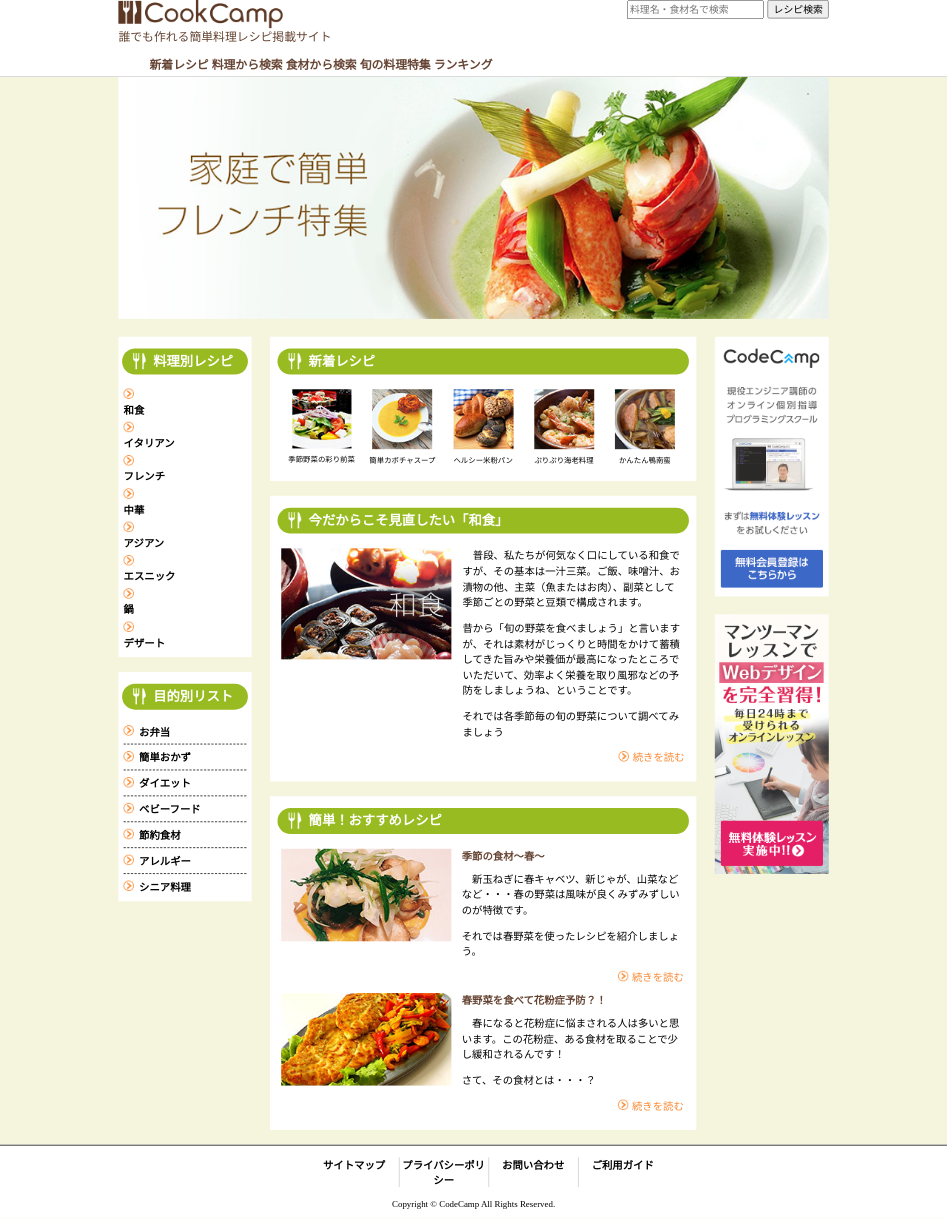
Repository: tomimaler/dc_work_tamachi_inagaki_html
Page: cookcamp/cookcamp.html
The author's editor kept a record of every edit. The page is drawn from the files as they stood at one moment, then again after the next edit.
The browser window is 1280 px wide. The pictures show the whole page, at 74% of full size.

Above is the page before.

### cookcamp/cookcamp.html
<!DOCTYPE html>
<html lang="ja">
 <head>
  <meta charset="UTF-8">
  <title>CookCamp</title>
  <link rel="stylesheet" href="cookcamp.css">
</head>
 <body>
  <header>
    <div class="container">
        <img class="logo" src="images/structure/logo.png">
        <input type="submit" value="レシピ検索">
        <input id="search" type="text" name="search" placeholder="料理名・食材名で検索">
        <p>誰でも作れる簡単料理レシピ掲載サイト</p>
        <ul class="header-menu">
            <li><a href="#">新着レシピ</a></li>
            <li><a href="#">料理から検索</a></li>
            <li><a href="#">食材から検索</a></li>
            <li><a href="#">旬の料理特集</a></li>
            <li><a href="#">ランキング</a></li>
        </ul>
    </div>
 </header>
 <main>
    <div class="container clearfix">
        <img class="mainView" src="images/contents/mainView.jpg">
        <nav class="left-column">
            <div class="recipe-nav">
                <h3>料理別レシピ</h3>
                <ul class="recipe-list">
                    <li><a href="#">和食</a></li>
                    <li><a href="#">イタリアン</a></li>
                    <li><a href="#">フレンチ</a></li>
                    <li><a href="#">中華</a></li>
                    <li><a href="#">アジアン</a></li>
                    <li><a href="#">エスニック</a></li>
                    <li><a href="#">鍋</a></li>
                    <li><a href="#">デザート</a></li>
                </ul>
            </div>
            <div class="recipe-nav">
                <h3>目的別リスト</h3>
                <ul class="recipe-list">
                    <a href="#"><li>お弁当</li></a>
                    <a href="#"><li>簡単おかず</li></a>
                    <a href="#"><li>ダイエット</li></a>
                    <a href="#"><li>ベビーフード</li></a>
                    <a href="#"><li>節約食材</li></a>
                    <a href="#"><li>アレルギー</li></a>
                    <a href="#"><li>シニア料理</li></a>
                </ul>
            </div>
        </nav>
        <div class="main-column">
            <div class="article">
                <h3>新着レシピ</h3>
                <div class="section">
                    <div class="new-recipes">
                        <div class="new-recipe">
                            <img src="images/contents/newRecipes1.jpg" alt="季節野菜の彩り前菜">
                            <p>季節野菜の彩り前菜</p>
                        </div>
                        <div class="new-recipe">
                            <img src="images/contents/newRecipes2.jpg" alt="簡単カボチャスープ">
                            <p>簡単カボチャスープ</p>
                        </div>
                        <div class="new-recipe">
                            <img src="images/contents/newRecipes3.jpg" alt="ヘルシー米粉パン">
                            <p>ヘルシー米粉パン</p>
                        </div>
                        <div class="new-recipe">
                            <img src="images/contents/newRecipes4.jpg" alt="ぷりぷり海老料理">
                            <p>ぷりぷり海老料理</p>
                        </div>
                        <div class="new-recipe">
                            <img src="images/contents/newRecipes5.jpg" alt="かんたん鴨南蛮">
                            <p>かんたん鴨南蛮</p>
                        </div>
                    </div>
                </div>
            </div>
            <div class="article">
                <h3>今だからこそ見直したい「和食」</h3>
                <div class="section">
                    <img class="section-img" src="images/contents/topics.jpg" alt="和食" align="left">
                    <div class="section-text main-text">
                        <p>　普段、私たちが何気なく口にしている和食ですが、その基本は一汁三菜。ご飯、味噌汁、お漬物の他、主菜（魚またはお肉）、副菜として季節ごとの野菜と豆類で構成されます。</p>
                        <p>昔から「旬の野菜を食べましょう」と言いますが、それは素材がじっくりと時間をかけて蓄積してきた旨みや栄養価が最高になったところでいただいて、効率よく栄養を取り風邪などの予防をしましょうね、ということです。</p>
                        <p>それでは各季節毎の旬の野菜について調べてみましょう</p>
                        <a href="#"><img src="images/icon/arrow.png" alt="arrow">続きを読む</a>
                    </div>
                </div>
            </div>
            <div class="article">
                <h3>簡単！おすすめレシピ</h3>
                <div class="section">
                    <img class="section-img" src="images/contents/pushRecipes1.jpg" alt="春">
                    <div class="section-text">
                        <h4>季節の食材～春～</h4>
                        <p>　新玉ねぎに春キャベツ、新じゃが、山菜などなど・・・春の野菜は風味が良くみずみずしいのが特徴です。</p>
                        <p>それでは春野菜を使ったレシピを紹介しましょう。</p>
                        <a href="#"><img src="images/icon/arrow.png" alt="arrow">続きを読む</a>
                    </div>
                    <img class="section-img" src="images/contents/pushRecipes2.jpg" alt="花粉症">
                    <div class="section-text">
                        <h4>春野菜を食べて花粉症予防？！</h4>
                        <p>　春になると花粉症に悩まされる人は多いと思います。この花粉症、ある食材を取ることで少し緩和されるんです！</p>
                        <p>さて、その食材とは・・・？</p>
                        <a href="#"><img src="images/icon/arrow.png" alt="arrow">続きを読む</a>
                    </div>
                </div>
            </div>
        </div>
        <aside class="right-column">
            <a href="#"><img src="images/contents/right1.png"></a>
            <a href="#"><img src="images/contents/right2.png"></a>
        </aside>
    </div>
</main>
<footer>
    <div class="container">
        <ul class="footer-list">
            <a class="item1" href="#"><li>サイトマップ</li></a>
            <a class="item2" href="#"><li>プライバシーポリシー</li></a>
            <a class="item1" href="#"><li>お問い合わせ</li></a>
            <a class="item1" href="#"><li>ご利用ガイド</li></a>
        </ul>
        <p>Copyright &copy; CodeCamp All Rights Reserved.</p>
    </div>
</footer>
</body>
</html>

### cookcamp/cookcamp.css
body {
    margin:0;
    min-width:fit-content;
}

.container {
    width:960px;
    margin:0 auto;
}

main {
    background-color:#f5f5dd;
    font-family:"Yu Gothic";
    font-weight:500;
    padding-bottom:10px;
}

a {
    text-decoration:none;
}

header, footer {
    background-color:white;
}

header {
    border-bottom:1px solid #cccccc;
}

header logo {
    float:left;
}

header p{
    color:#664433;
    clear:both;
    margin-top:0;
    line-height:1;
}

header input {
    float:right;
}

#search {
    height:20px;
    margin-right:5px;
}

.header-menu {
    display:flex;
    text-align:center;
    list-style:none;
    margin:5px auto;
    font-weight:bold;
}

.header-menu a+ a {
    border-left:1px solid;
}

.header-menu a {
    color:#664433;
    flex:1;
    padding:0 2px;
}

.mainView {
    width:100%;
}

.recipe-nav {
    margin:20px 20px 10px 0;
    padding:1px 5px;
    background-color:white;
}

h3 {
    background-color:#99bb22;
    border-radius:25px;
    height:35px;
    line-height:35px;
    font-size:18px;
    color:white;
    margin-top:15px;
    margin-bottom:10px;
}

h3::before {
    content: url('images/icon/dish.png');
    padding-left:15px;
    padding-right:10px;
    position:relative;
    top:5px;
}

.recipe-list {
    list-style-image: url('images/icon/arrow.png');
    margin:0;
    padding:2px;
}

.recipe-list a {
    display:block;
    color:black;
    width:100%;
}

.recipe-list li {
    margin:7px 0;
    font-size:14px;
    font-weight:bold;
    list-style-position:inside;
}

.recipe-list a+ a {
    border-top:1px dashed;
}

.new-recipes {
    display:flex;
}

.new-recipe {
    flex:1;
    text-align:center;
}

.new-recipe img {
    padding-bottom:0;
}

.new-recipe p {
    font-size:10px;
    width:100%;
    margin-top:0;
    padding-top:0;
}

.section-img {
    display:inline-block;
}

.section-text {
    display:inline-block;
    vertical-align:top;
    margin-left:10px;
    font-size:14px;
    width:300px;
}

.main-text {
    margin-left:15px;
}

.section-text p {
    margin-top:0;
}

.section-text a{
    color:#fc8833;
    float:right;
    margin-bottom:10px;
}

.section-text img {
    margin-right:5px;
}

h4 {
    color:#664433;
    margin-top:0;
    margin-bottom:10px;
}

.article {
    margin:20px 5px 10px 5px;
    padding:1px 10px;
    background-color:white;
}

.section {
    padding:10px 5px;
    line-height:1.5;
}

.right-column img {
    margin:20px 0 0 20px;
}

.left-column {
    width:200px;
    float:left;
}

.main-column {
    width:586px;
    float:left;
}

.right-column {
    width:155px;
    float:left;
}

.clearfix::after {
content: "";
display: block;
clear: both;
}

footer {
    clear:both;
    border-top:1px solid;
    text-align:center;
}

.footer-list {
    display:flex;
    text-align:center;
    list-style:none;
    justify-content:center;
  }

.footer-list a {
    flex-basis:120px;
    font-size:14px;
    color:black;
    font-weight:bold;
}

.item1 {

}

.item2 {
    flex-basis:150px;
}

.footer-list a+ a {
    border-left:1px solid #cccccc;
}

footer p {
    font-size:12px;
}

After the next edit:
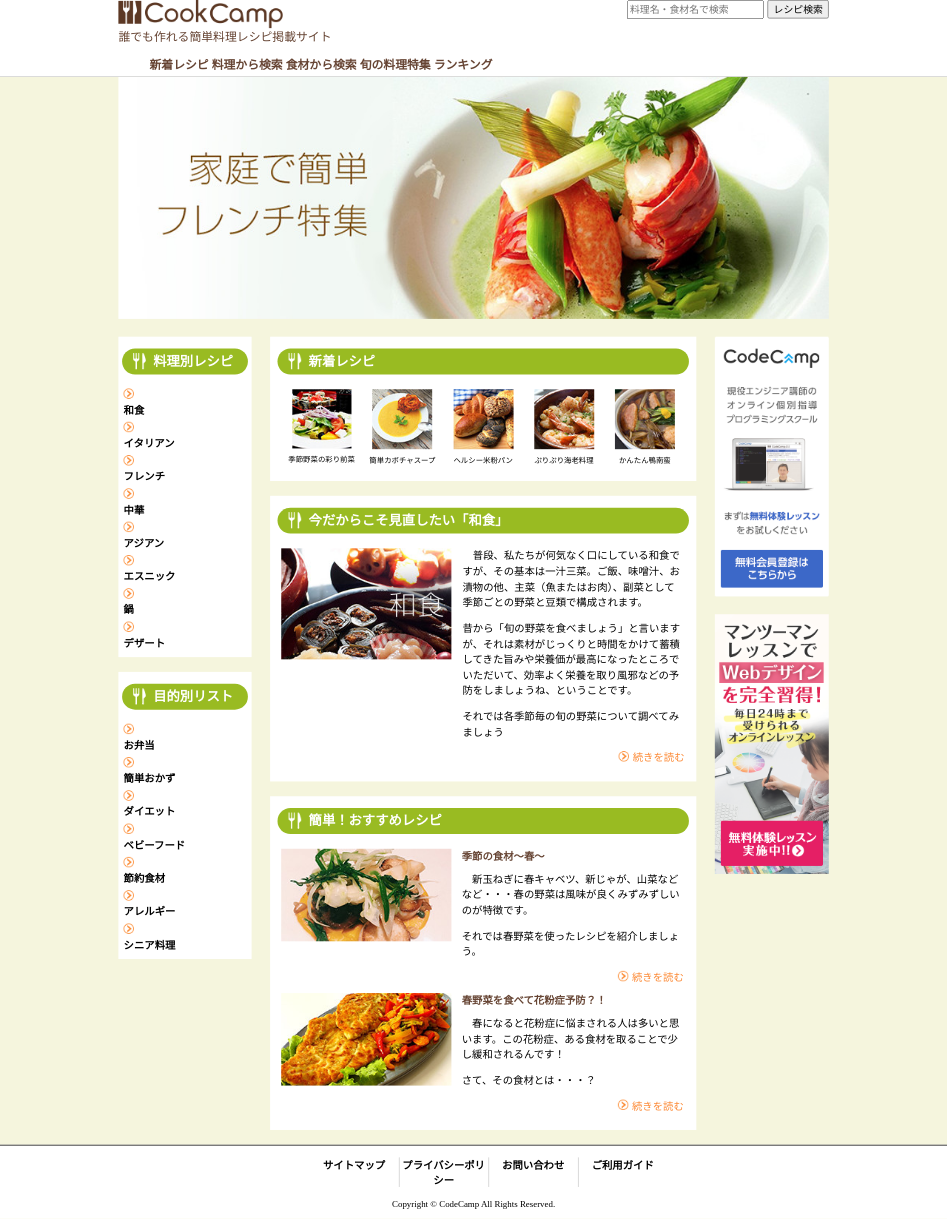
The edit:
--- a/cookcamp/cookcamp.html
+++ b/cookcamp/cookcamp.html
@@ -41,13 +41,13 @@
             <div class="recipe-nav">
                 <h3>目的別リスト</h3>
                 <ul class="recipe-list">
-                    <a href="#"><li>お弁当</li></a>
-                    <a href="#"><li>簡単おかず</li></a>
-                    <a href="#"><li>ダイエット</li></a>
-                    <a href="#"><li>ベビーフード</li></a>
-                    <a href="#"><li>節約食材</li></a>
-                    <a href="#"><li>アレルギー</li></a>
-                    <a href="#"><li>シニア料理</li></a>
+                    <li><a href="#">お弁当</a></li>
+                    <li><a href="#">簡単おかず</a></li>
+                    <li><a href="#">ダイエット</a></li>
+                    <li><a href="#">ベビーフード</a></li>
+                    <li><a href="#">節約食材</a></li>
+                    <li><a href="#">アレルギー</a></li>
+                    <li><a href="#">シニア料理</a></li>
                 </ul>
             </div>
         </nav>
